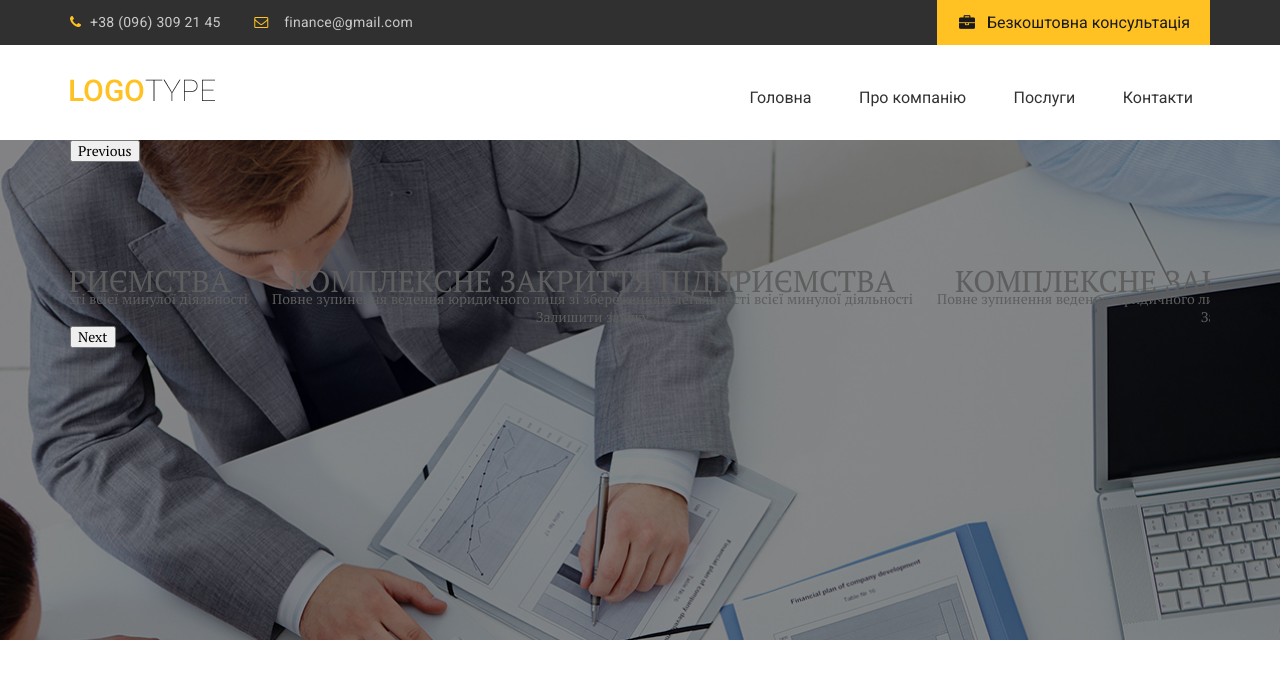
Repository: oliachipko/companysait
Page: index.html
These files come from the project's save history. The page is drawn as it stood at one moment and after the next save; the edit follows.
The browser window is 1280 px wide. The pictures show the whole page.

Above is the page before, as saved 2020-11-17 01:39:38.

After the next save:
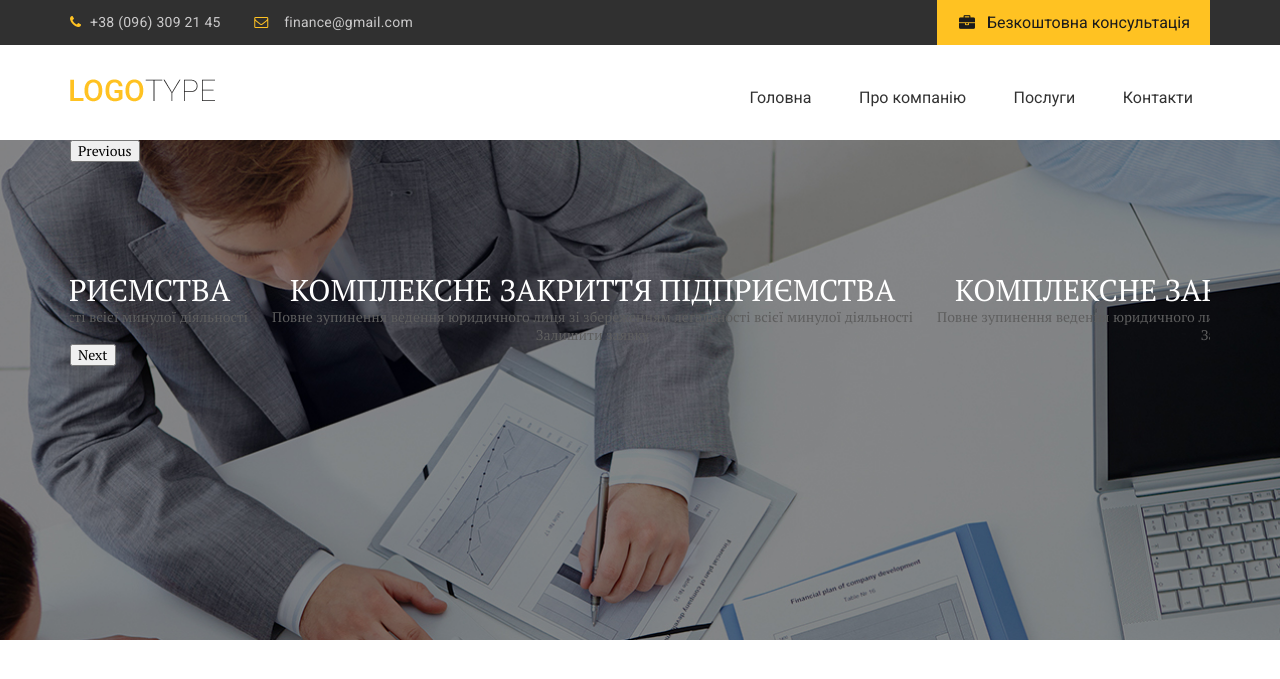
Saved 30 s later.
--- a/css/style.css
+++ b/css/style.css
@@ -124,7 +124,9 @@ header {
     margin: 0 auto;
 }
 .slider__title{
-    text-decoration: uppercase;
+    text-transform: uppercase;
     font-size: 30px;
+    line-height: 36px;
+    color: white;
 }
 .slider__
